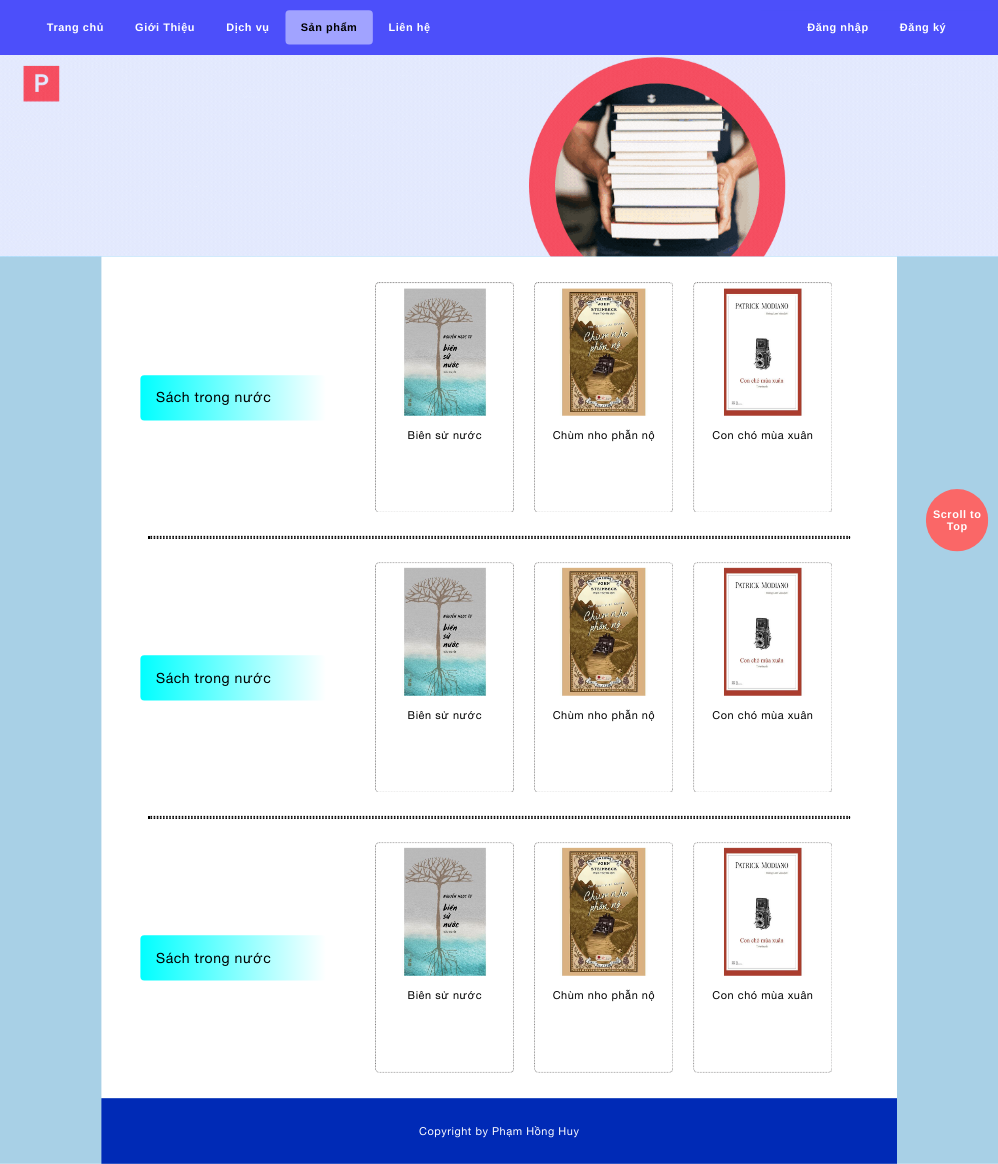
Repository: phamhonghuy/bookstore
Page: product.html
These files come from the project's save history. The page is drawn as it stood at one moment and after the next save; the edit follows.
The browser window is 1280 px wide. The pictures show the whole page, at 78% of full size.

Above is the page before, as saved 2021-10-14 23:27:47.

After the next save:
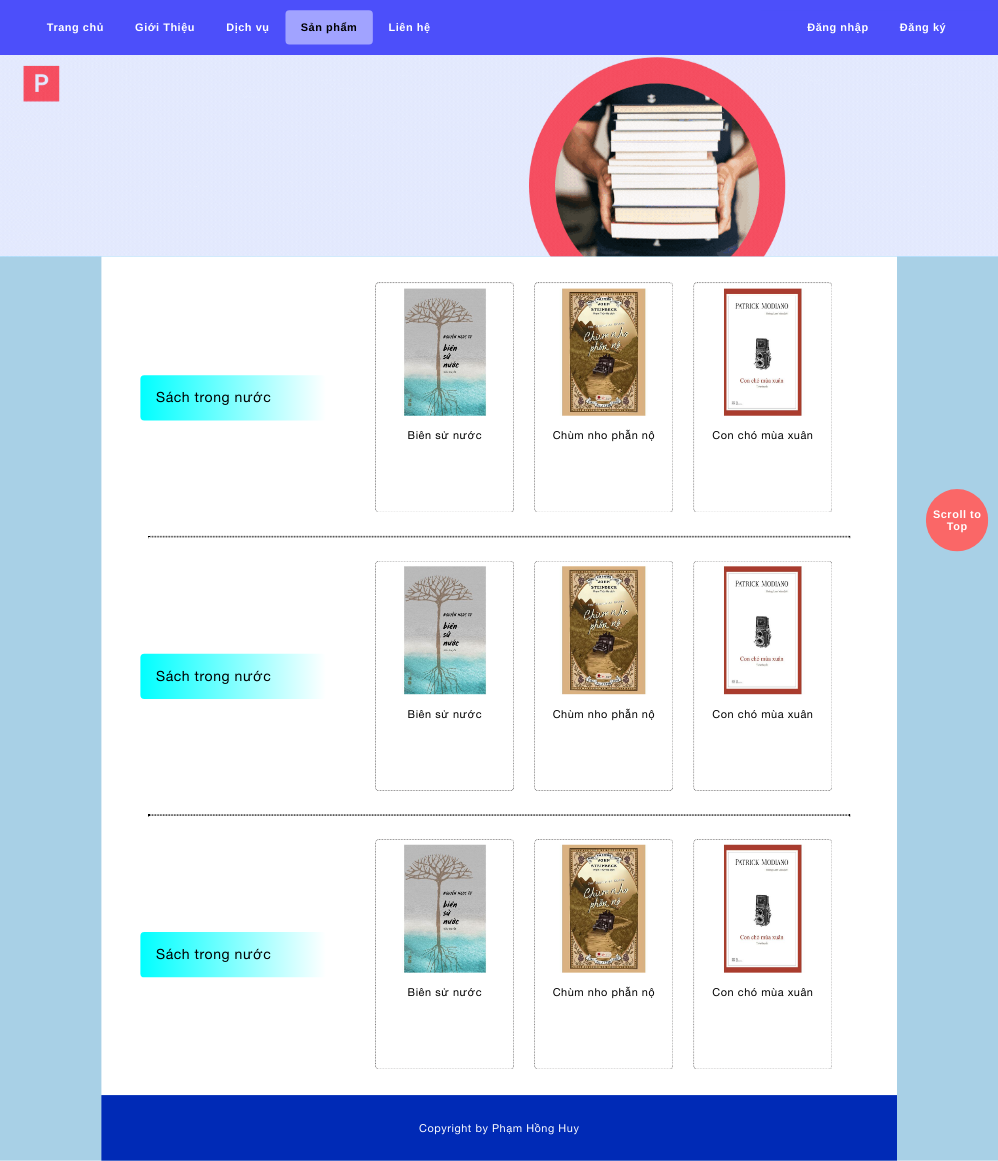
Saved 7 s later.
--- a/css/style.css
+++ b/css/style.css
@@ -251,7 +251,7 @@ div.main-product-container {
     flex-wrap:nowrap;
   }
 div.main-product-container hr{
-  border: 2px dotted rgb(0, 0, 0);
+  border: 1px dotted rgb(0, 0, 0);
   width: 90%;
   }
 div.product-container {
